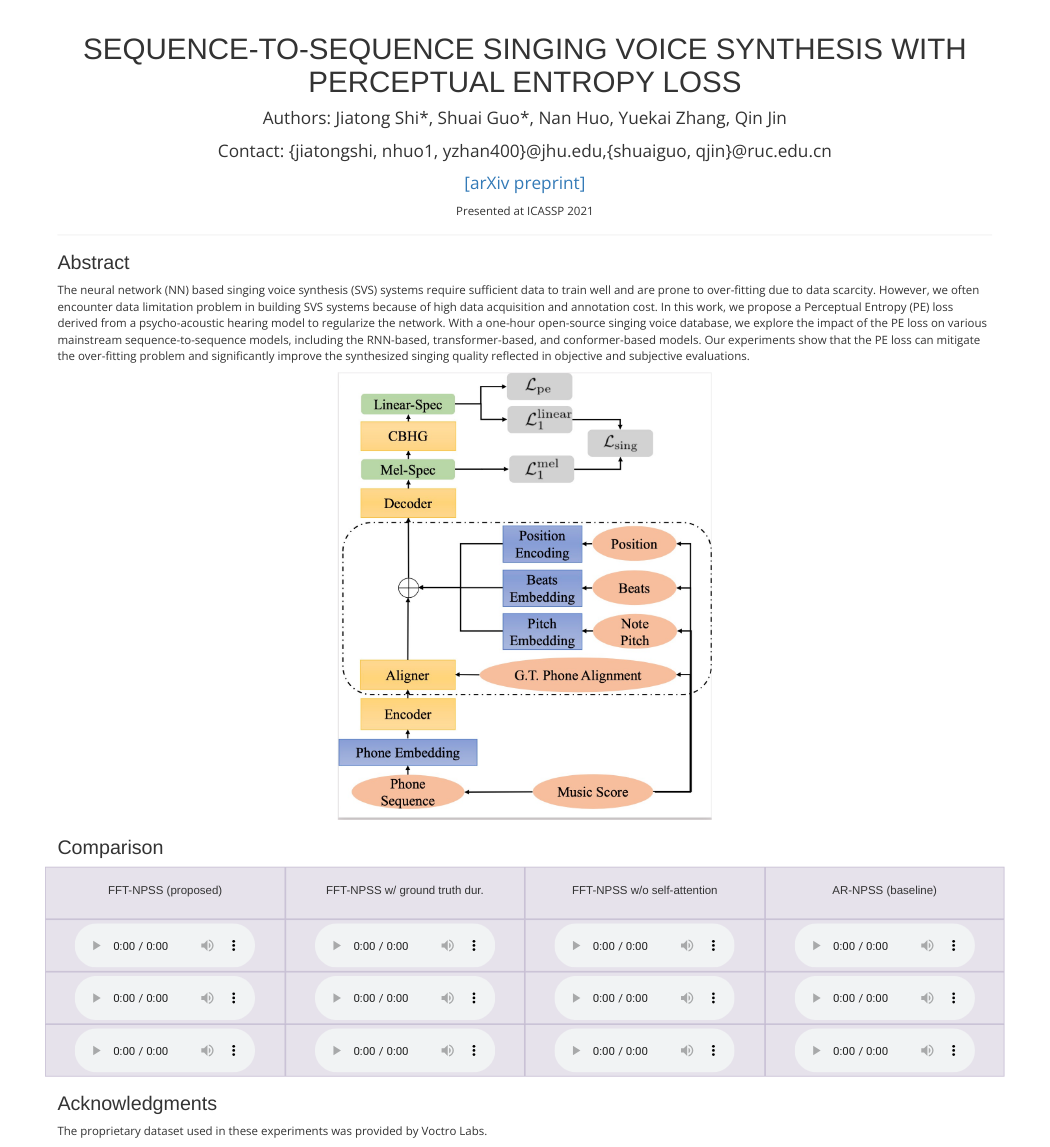
Repository: PeterGuoRuc/SVS_pe.github.io
Page: index.html
An editor plug-in stored every save of this project. The page is shown before and after the next save, followed by the edit.
The browser window is 1280 px wide. The pictures show the whole page, at 82% of full size.

Above is the page before, as saved 2021-06-06 16:55:15.

After the next save:
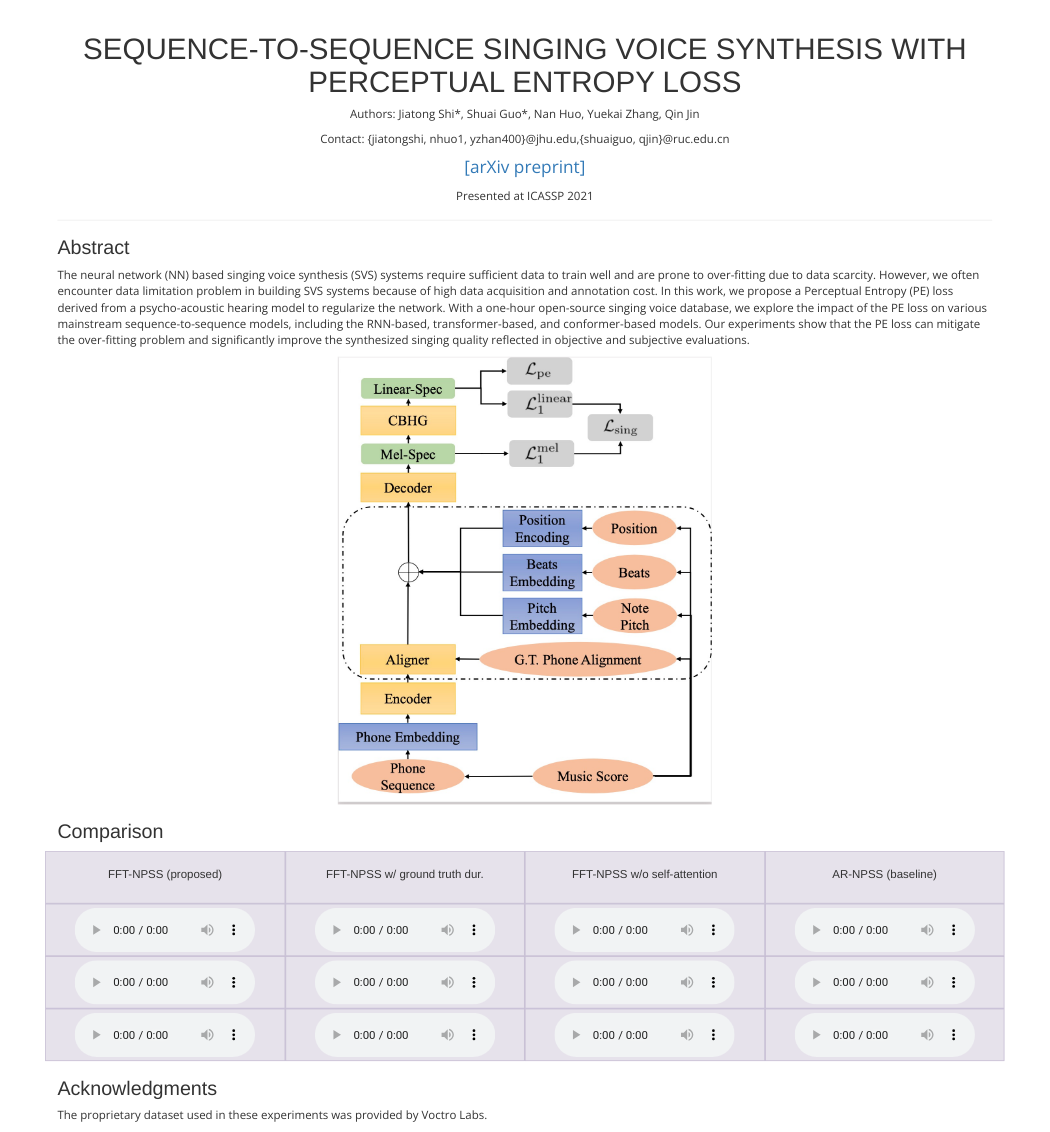
Saved 29 s later.
--- a/index.html
+++ b/index.html
@@ -42,10 +42,10 @@
         <h1>
           SEQUENCE-TO-SEQUENCE SINGING VOICE SYNTHESIS WITH PERCEPTUAL ENTROPY LOSS
         </h1>
-        <p class="lead">
+        <p class="centered">
           Authors: Jiatong Shi*, Shuai Guo*, Nan Huo, Yuekai Zhang, Qin Jin
         </p>
-        <p class="lead">
+        <p class="centered">
           Contact: {jiatongshi, nhuo1, yzhan400}@jhu.edu,{shuaiguo, qjin}@ruc.edu.cn
         </p>
         <p class="lead">

After the save that followed:
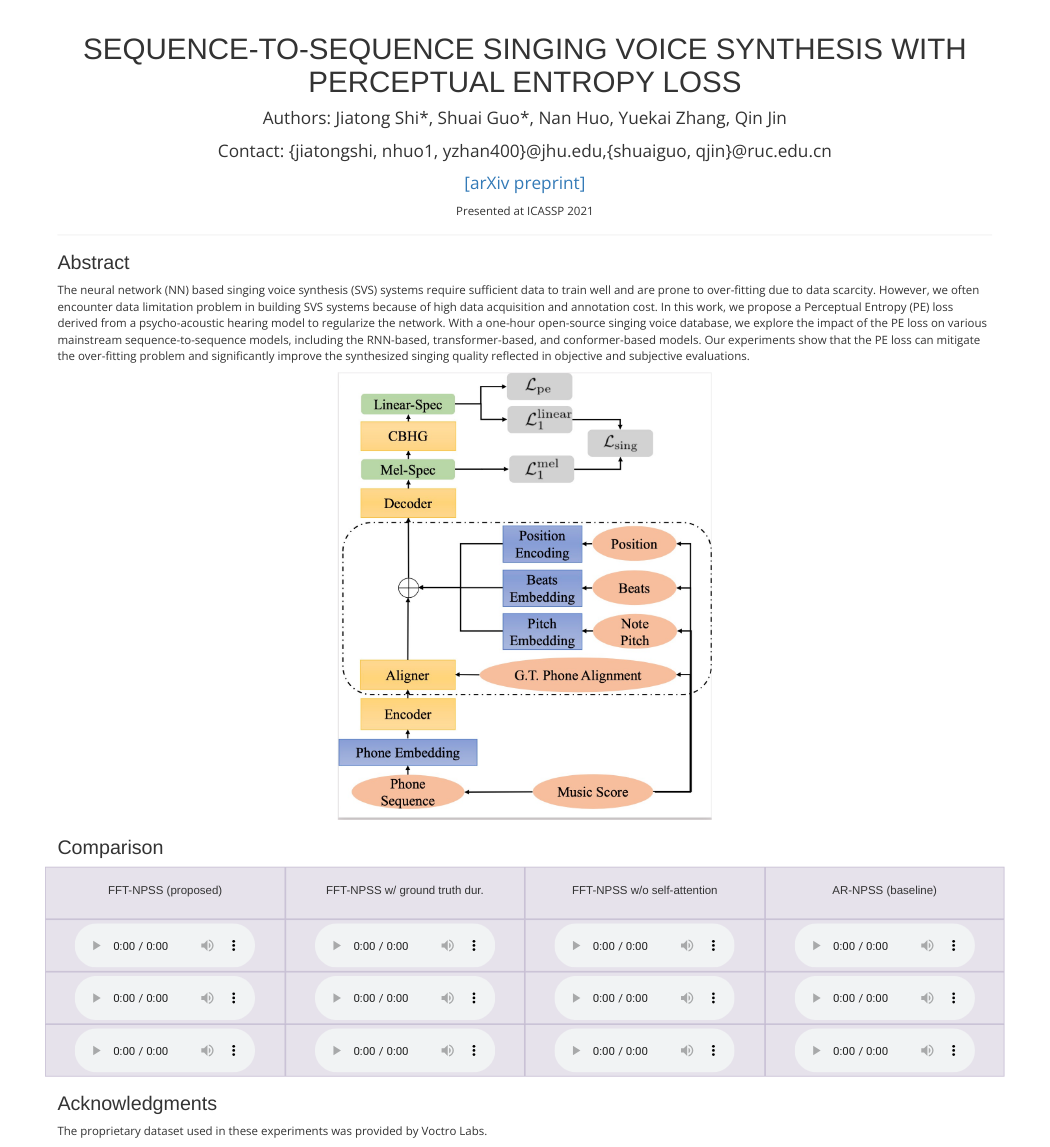
Saved 24 s later.
--- a/index.html
+++ b/index.html
@@ -42,10 +42,10 @@
         <h1>
           SEQUENCE-TO-SEQUENCE SINGING VOICE SYNTHESIS WITH PERCEPTUAL ENTROPY LOSS
         </h1>
-        <p class="centered">
+        <p class="lead">
           Authors: Jiatong Shi*, Shuai Guo*, Nan Huo, Yuekai Zhang, Qin Jin
         </p>
-        <p class="centered">
+        <p class="lead">
           Contact: {jiatongshi, nhuo1, yzhan400}@jhu.edu,{shuaiguo, qjin}@ruc.edu.cn
         </p>
         <p class="lead">
